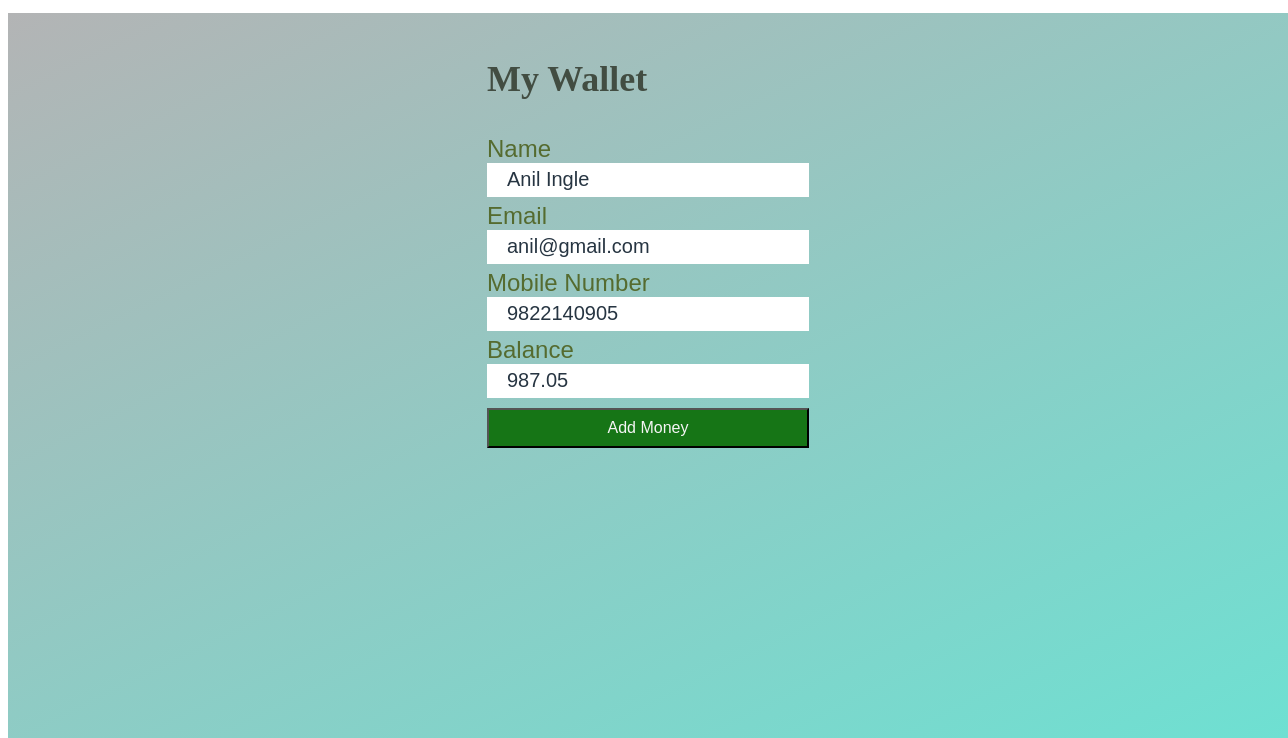
Repository: anil-ingle/dac-proj
Page: onlineparking/src/main/webapp/layout/user/wallet.html
The author's editor kept a copy of each file at every save. The page is drawn from the files as they stood at one save, then again after the next save.
The browser window is 1280 px wide. The page is 1288 px wide, then 1280 px, so the pictures cover 1288 px, including what lies to the right of the window. The pictures show the whole page.

Above is the page before, as saved 2018-07-29 17:00:20.
Console error: TypeError: Cannot read properties of null (reading 'fName')

After the next save:
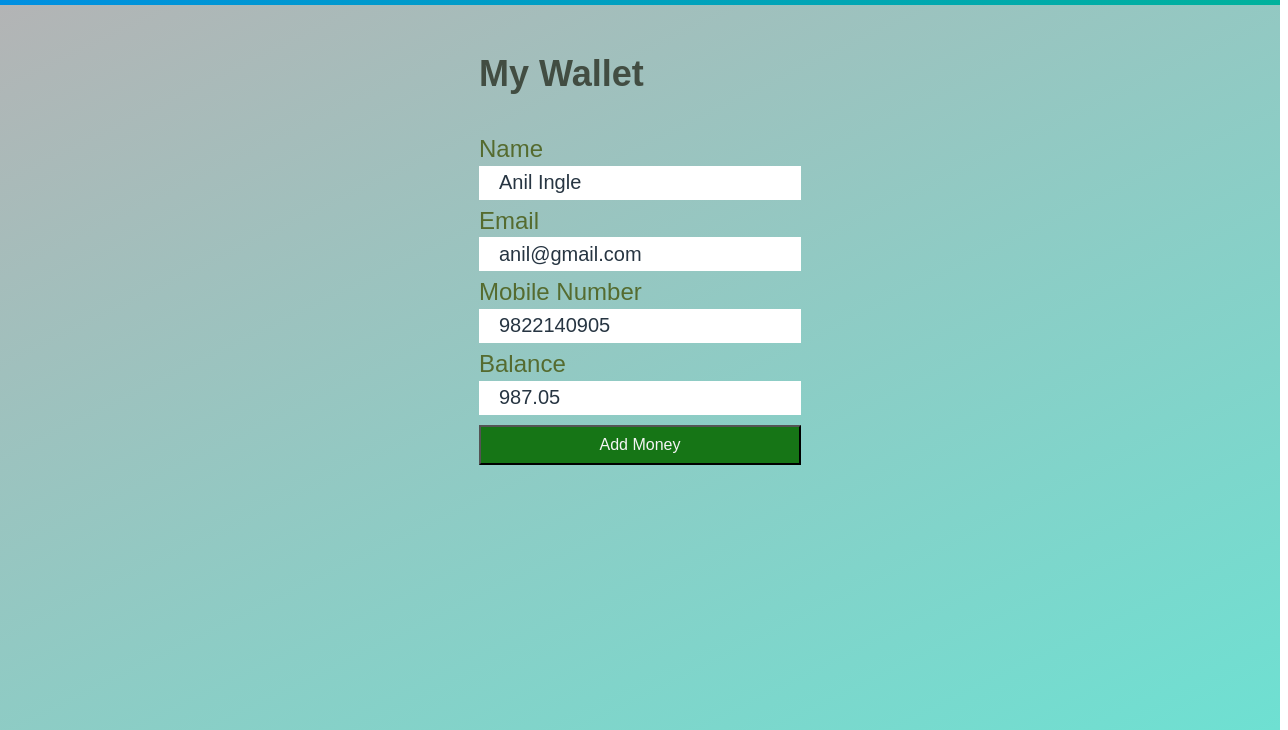
Saved 64 s later.
--- a/onlineparking/src/main/webapp/layout/user/wallet.html
+++ b/onlineparking/src/main/webapp/layout/user/wallet.html
@@ -3,6 +3,8 @@
 
 <head>
     <title>My Wallet</title>
+    <link rel="stylesheet" href="user.css">
+
     <style>
         .wollet-container {
             widows: 500;
